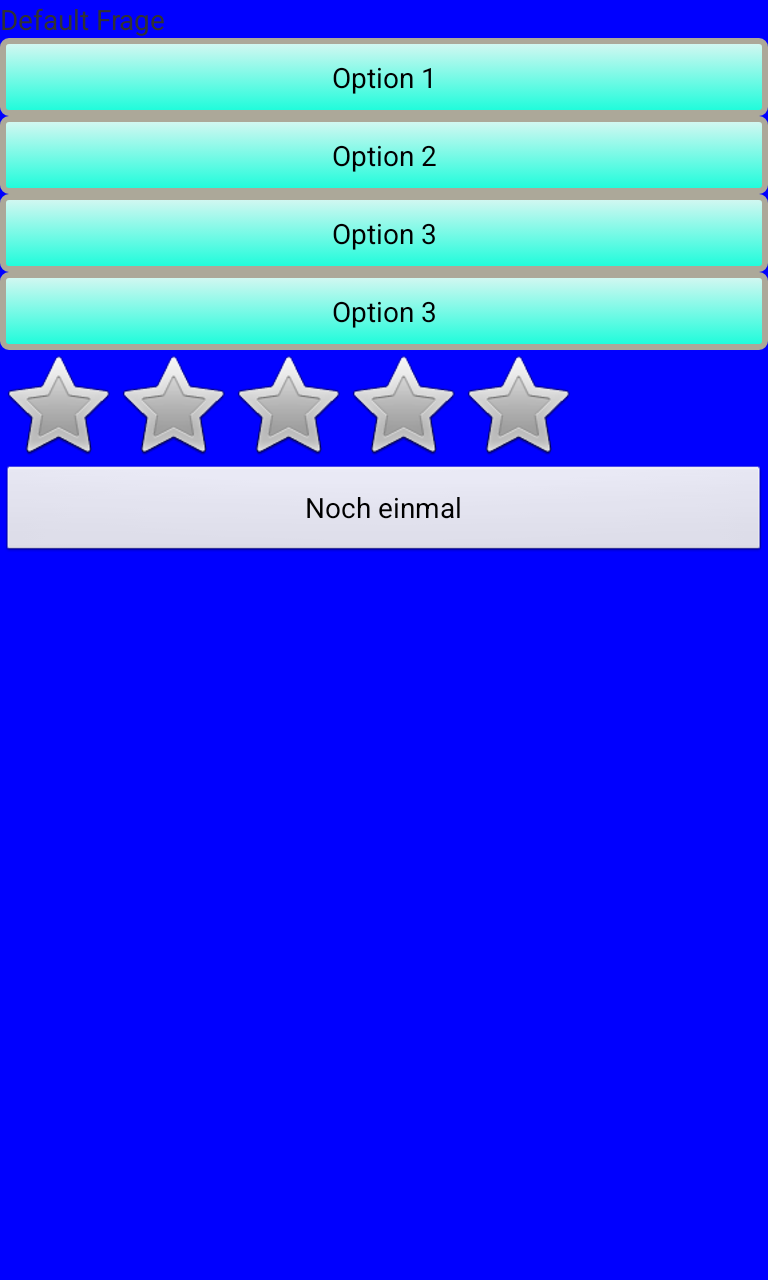
Repository: rueckemann/WWM
Layout: WWM/res/layout/main.xml
These files come from the project's save history. The layout is drawn as it stood at one moment and after the next save; the edit follows.
It is drawn on a 768 x 1280 px phone screen (xhdpi) without system bars, with theme WWM_Style; the app's code is not run.

Above is the layout before, as saved 2012-02-20 20:28:46.

After the next save:
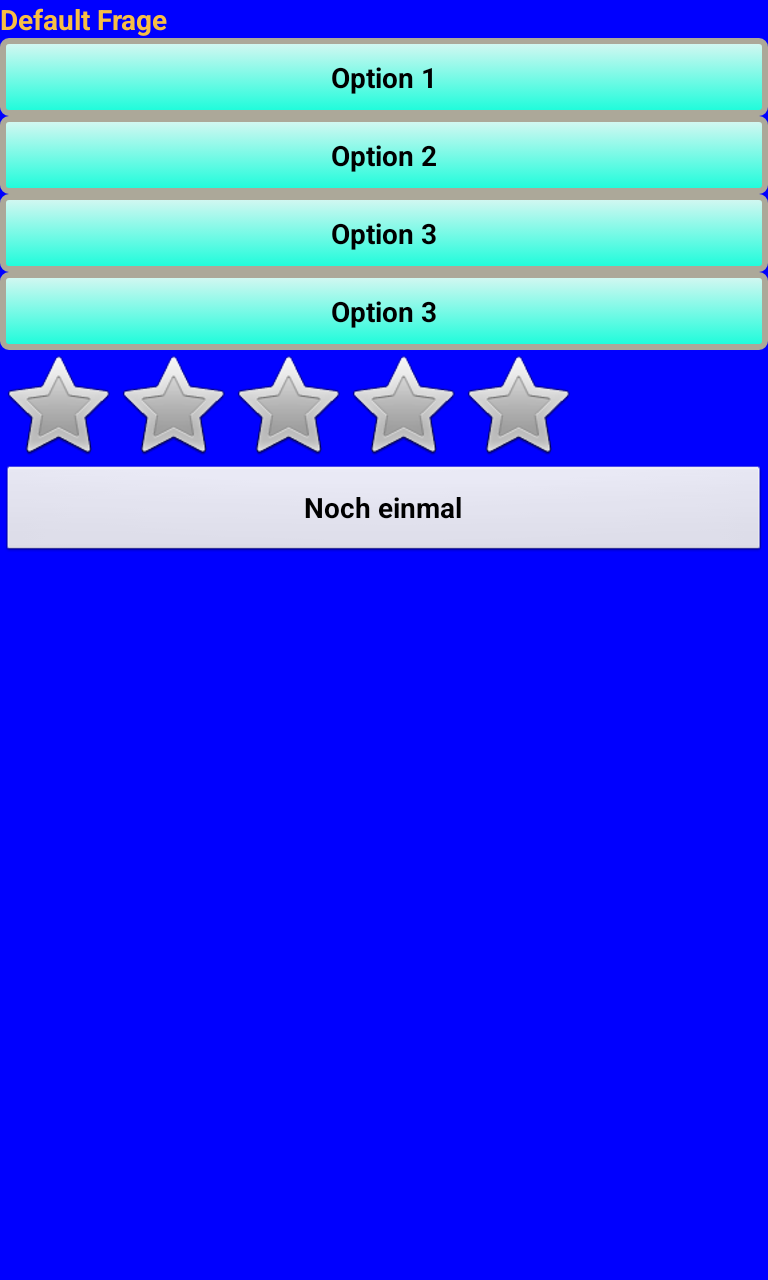
Saved 64 s later.
--- a/WWM/res/values/styles.xml
+++ b/WWM/res/values/styles.xml
@@ -3,15 +3,14 @@
 
    <style name="WWM_Style" parent="android:Theme.Light">
 
-        <item name="android:textAppearance">@style/WWM_TextAppearance</item>
+	    <item name="android:textSize">14sp</item>
+	    <item name="android:textColor">#F7BE45</item>
+	    <item name="android:textStyle">bold</item>
 
         <item name="android:windowTitleBackgroundStyle">@color/titlebackgroundcolor</item>
-         <item name="android:background">@color/blue</item>
+        <item name="android:background">@color/blue</item>
     </style>
 
    <style name="WWM_TextAppearance" parent="@android:style/TextAppearance">
-	    <item name="android:textSize">14sp</item>
-	    <item name="android:textColor">#F7BE45</item>
-	    <item name="android:textStyle">bold</item>
 	  </style>
 </resources>
